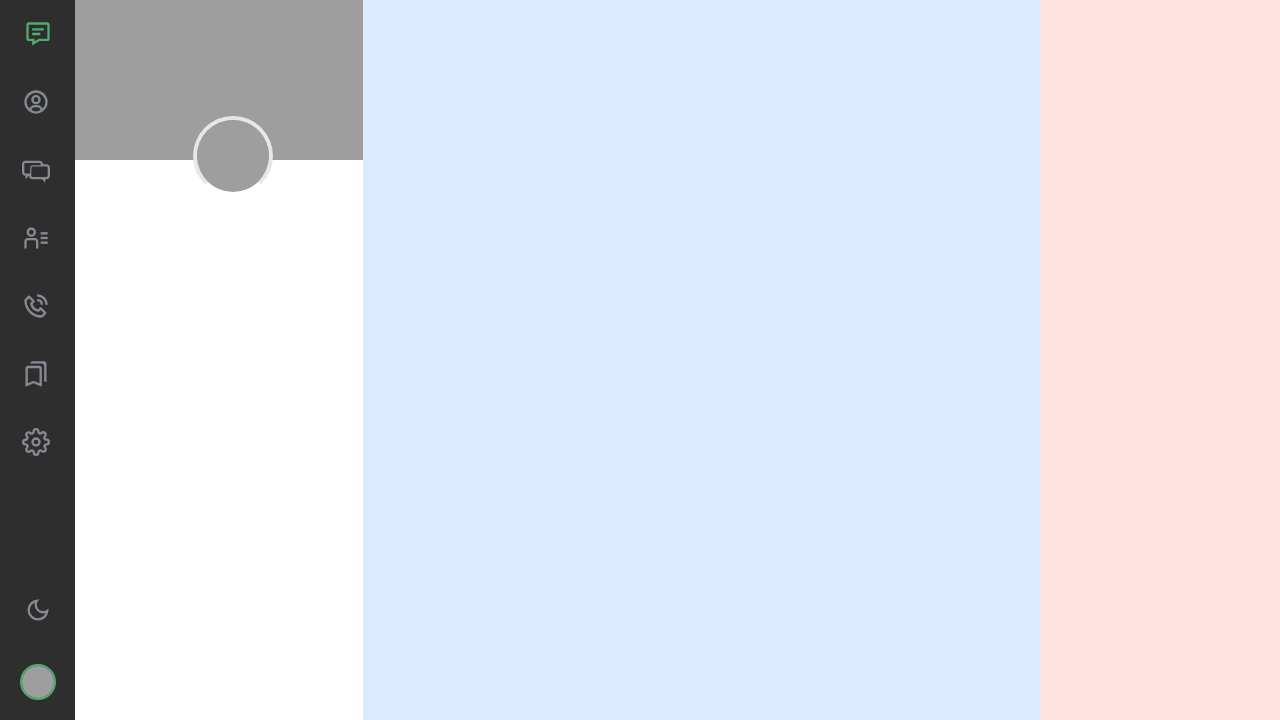
Repository: satya-ranjon/Chat-app
Page: /
These files come from the project's save history. The page is drawn as it stood at one moment and after the next save; the edit follows.
The browser window is 1280 px wide. The pictures show the whole page.
Pictures or frames that could not be fetched are drawn as grey boxes. The project was rebuilt for these pictures with package versions that can differ from the ones it lists, and the page was loaded fresh each time.

Above is the page before, as saved 2022-03-31 03:32:16.

### src/index.js
import * as ReactDOMClient from "react-dom/client";
import "./index.css";
import App from "./App";

const root = ReactDOMClient.createRoot(document.getElementById("root"));
root.render(<App />);

### src/App.jsx
import React from "react";
// import Chats from "./components/Chats/Chats";
import MyProfile from "./components/MyProfile/MyProfile";
import SideBarManu from "./components/SideBarManu";
import UserChat from "./components/UserChat";
import UserProfileSidebar from "./components/UserProfileSidebar";

export default function App() {
  return (
    <div className="flex">
      <SideBarManu />
      {/* <Chats /> */}
      <MyProfile />
      <UserChat />
      <UserProfileSidebar />
    </div>
  );
}

### src/components/MyProfile/MyProfile.jsx
import React from "react";
import UserImage from "../UserImage";
const Image =
  "https://img.freepik.com/free-photo/interior-wall-mockup-green-wall-wooden-cabinet-3d-rendering_41470-3959.jpg?w=996";

export default function MyProfile() {
  return (
    <div className="sm:w-72 h-screen w-40 ">
      <div className="relative">
        <img src={Image} alt={Image} className="w-full h-40" />
        <UserImage className="w-16 h-16 sm:w-20 sm:h-20 rounded-full absolute sm:-bottom-9  -bottom-7 sm:right-[90px]  right-12  border-4 border-b-white" />
      </div>
    </div>
  );
}

### src/components/SideBarManu.jsx
import React, { useState } from "react";
import { BiMessageDetail, BiUserCircle, BiPhoneCall } from "react-icons/bi";
import { TiMessages } from "react-icons/ti";
import { CgUserList } from "react-icons/cg";

import {
  MdOutlineBookmarks,
  MdOutlineDarkMode,
  MdOutlineLightMode,
} from "react-icons/md";
import { FiSettings } from "react-icons/fi";
import UserImage from "./UserImage";

export default function SideBarManu() {
  const [toggle, setToggle] = useState(true);
  return (
    <div className="w-[75px] h-screen bg-[#2e2e2e] flex flex-col justify-between">
      <div className="flex flex-col">
        <BiMessageDetail
          color="#4eac6d"
          className="text-center  m-5 cursor-pointer mx-auto "
          size={28}
        />
        <div
          className={` ${
            toggle ? `border-[#2e2e2e]` : `border-[#4eac6d]`
          } border-r-4 transition-all duration-200  `}
          onClick={() => setToggle((prev) => !prev)}
        >
          <BiUserCircle
            color={toggle ? `#878a92` : `#4eac6d`}
            className="text-center  m-5 cursor-pointer mx-auto   "
            size={28}
          />
        </div>
        <div className="border-r-4 border-[#2e2e2e] transition-all duration-200 ">
          <TiMessages
            color="#878a92"
            className="text-center  m-5 cursor-pointer mx-auto"
            size={28}
          />
        </div>
        <div className="border-r-4 border-[#2e2e2e] transition-all duration-200 ">
          <CgUserList
            color="#878a92"
            className="text-center  m-5 cursor-pointer mx-auto"
            size={28}
          />
        </div>
        <div className="border-r-4 border-[#2e2e2e] transition-all duration-200 ">
          <BiPhoneCall
            color="#878a92"
            className="text-center  m-5 cursor-pointer mx-auto"
            size={28}
          />
        </div>
        <div className="border-r-4 border-[#2e2e2e] transition-all duration-200 ">
          <MdOutlineBookmarks
            color="#878a92"
            className="text-center  m-5 cursor-pointer mx-auto"
            size={28}
          />
        </div>
        <div className="border-r-4 border-[#2e2e2e] transition-all duration-200 ">
          <FiSettings
            color="#878a92"
            className="text-center  m-5 cursor-pointer mx-auto"
            size={28}
          />
        </div>
      </div>
      <div className="flex flex-col">
        <MdOutlineDarkMode
          color="#878a92"
          className="text-center  m-5 cursor-pointer mx-auto"
          size={28}
        />
        {/* <MdOutlineLightMode
          color="#878a92"
          className="text-center  m-5 cursor-pointer mx-auto"
          size={28}
        /> */}
        <UserImage className="w-9 h-9 rounded-full mx-auto  m-5 border-2 border-[#4eac6d]" />
      </div>
    </div>
  );
}

### src/components/UserChat.jsx
import React from "react";

export default function UserChat() {
  return <div className="flex-grow h-screen bg-blue-100"></div>;
}

### src/components/UserProfileSidebar.jsx
import React from "react";

export default function UserProfileSidebar() {
  return <div className="w-60 h-screen bg-red-100"></div>;
}

### src/components/UserImage.jsx
import React from "react";

export default function UserImage({ className }) {
  return (
    <img
      className={className}
      src="https://media.istockphoto.com/photos/smiling-man-outdoors-in-the-city-picture-id1179420343"
      alt="profile pic"
    />
  );
}

Loaded but not shown: public/index.html (common file); src/index.css (common file); tailwind.config.js (common file)

After the next save:
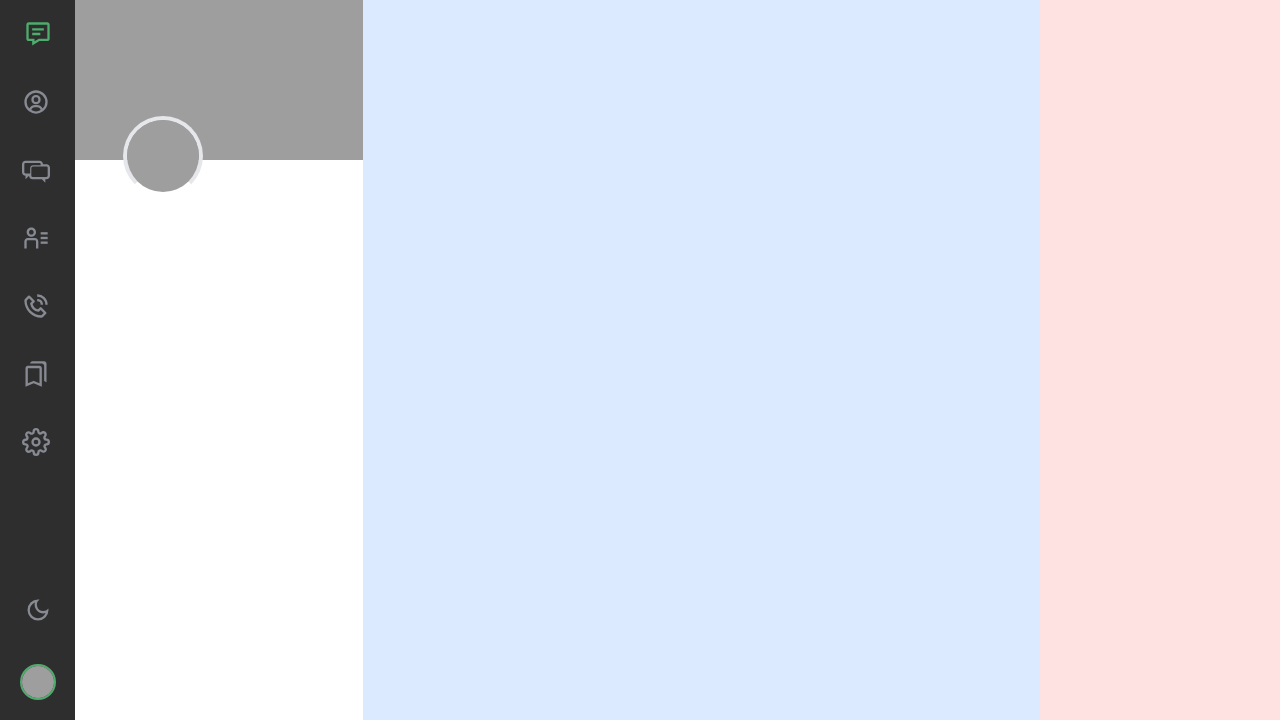
Saved 8 s later.
--- a/src/components/MyProfile/MyProfile.jsx
+++ b/src/components/MyProfile/MyProfile.jsx
@@ -8,7 +8,7 @@ export default function MyProfile() {
     <div className="sm:w-72 h-screen w-40 ">
       <div className="relative">
         <img src={Image} alt={Image} className="w-full h-40" />
-        <UserImage className="w-16 h-16 sm:w-20 sm:h-20 rounded-full absolute sm:-bottom-9  -bottom-7 sm:right-[90px]  right-12  border-4 border-b-white" />
+        <UserImage className="w-16 h-16 sm:w-20 sm:h-20 rounded-full absolute sm:-bottom-9  -bottom-7 sm:right-[10rem]  right-12  border-4 border-b-white" />
       </div>
     </div>
   );
